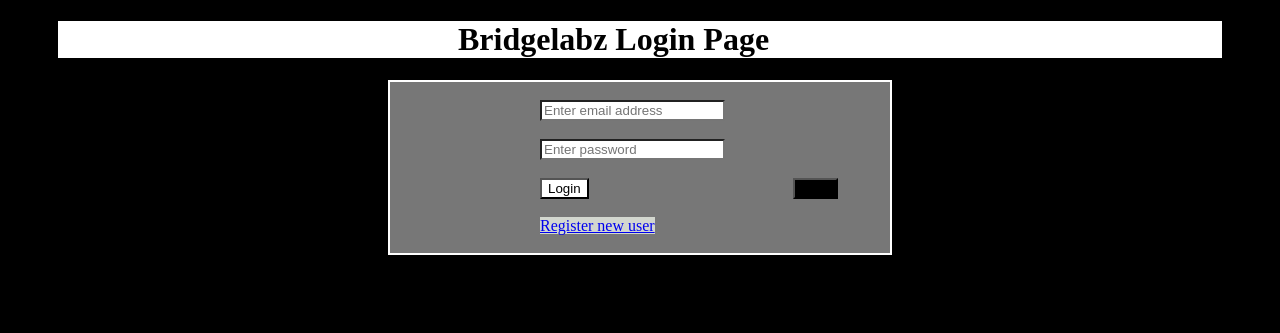
Repository: MarkFernandes11/Advanced-Java
Page: http://localhost/Login/login.jsp
These files come from the project's save history. The page is drawn as it stood at one moment and after the next save; the edit follows.
The browser window is 1280 px wide. The pictures show the whole page.
The page is served by Tomcat 9.

Above is the page before, as saved 2019-09-26 11:12:44.

After the next save:
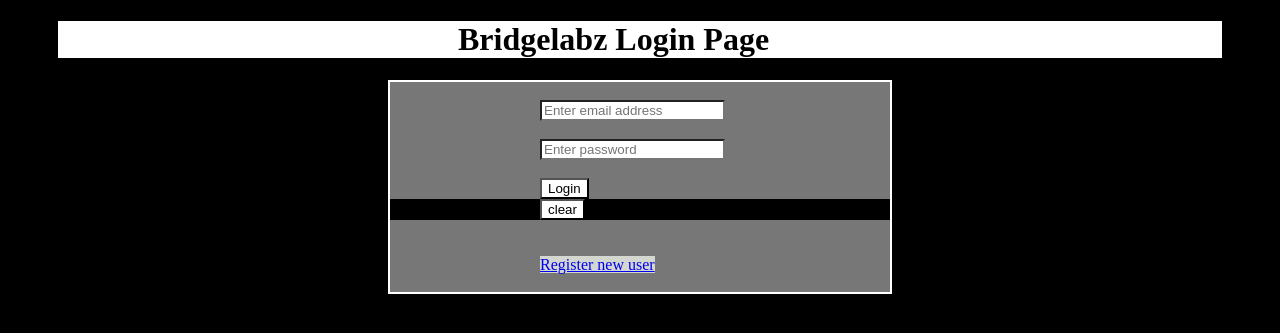
Saved 106 s later.
--- a/Login/WebContent/login.jsp
+++ b/Login/WebContent/login.jsp
@@ -17,7 +17,7 @@
 		<br><br>
 		<input type = "password" placeholder = "Enter password" name="password">
 		<br><br>
-		<input type = "submit" value = "Login">  <input class="button" type="reset" value = "clear">
+		<input type = "submit" value = "Login">  <div class="button"><input type="reset" value = "clear"></div>
 		<br><br>
 		<a href="register.jsp">Register new user</a>
 		<br><br>
